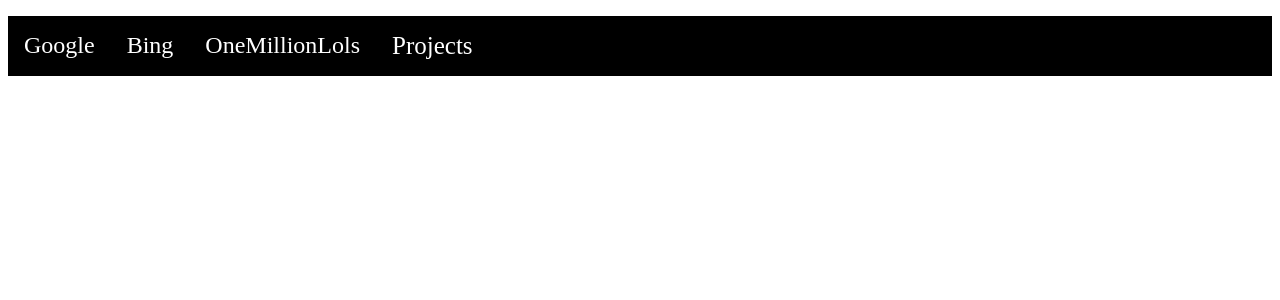
Repository: GunnarStone/GunnarStone.github.io
Page: index.html
The author's editor kept a record of every edit. The page is drawn from the files as they stood at one moment, then again after the next edit.
The browser window is 1280 px wide. The pictures show the whole page.

Above is the page before.

### index.html
<!DOCTYPE html>
<html>
<head>
<title>Home</title>
<style>
    * {

    }
    .navbar {
        list-style:none;
        background-color:Black;
        overflow: hidden;
        padding:0;
    }
    .navbar a{
        text-decoration:none;
        color:white;
        font-size:24px;
        padding:16px;
        display: inline-block;
    }
    .navbar li{
        float:left;
        border-radius: 5px;
    }
    .navbar li:hover{
        background-color:Black;
    }
    .dropdown-cnt{
        list-style:none;
        padding:0;
        display:none;
    }
    .dropdown-cnt li{
        float:none;
        padding:0;
    }
    .navbar a, dropdown div {
        text-decoration:none;
        color:white;
        font-size:24px;
        padding:16px;
        display: inline-block;
    }
    .youre-Special{
        font-size: 25px;
        padding:16px;
        color:white;
        display:inline-block;
    }
    .dropdown:hover .dropdown-cnt{
        display:block;
    }
    .navbar a:hover{
        background-color:White;
        color:black;
    }
</style>
</head>
<body>
    <ul class=navbar>
        <li><a href="https://www.google.com">Google</a></li>
        <li><a href="https://www.bing.com">Bing</a></li>
        <li><a href="http://onemillionlols.com/">OneMillionLols</a></li>
        <li class="dropdown">
            <div class="youre-Special" >Projects</div>
            <ul class="dropdown-cnt">
                <li><a href="#">Project One</a></li>
                <li><a href="#">Project Two</a></li>
                <li><a href="#">Project Three</a></li>
            </ul>
        </li>
    </ul>
<script>



</script>
</body>
</html>

After the next edit:
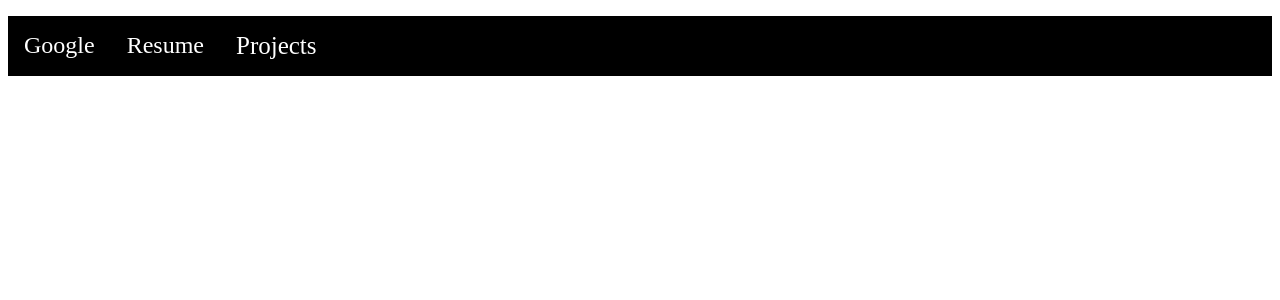
The edit:
--- a/index.html
+++ b/index.html
@@ -59,9 +59,8 @@
 </head>
 <body>
     <ul class=navbar>
-        <li><a href="https://www.google.com">Google</a></li>
-        <li><a href="https://www.bing.com">Bing</a></li>
-        <li><a href="http://onemillionlols.com/">OneMillionLols</a></li>
+        <li><a href="./">Google</a></li>
+        <li><a href="resume.html">Resume</a></li>
         <li class="dropdown">
             <div class="youre-Special" >Projects</div>
             <ul class="dropdown-cnt">
